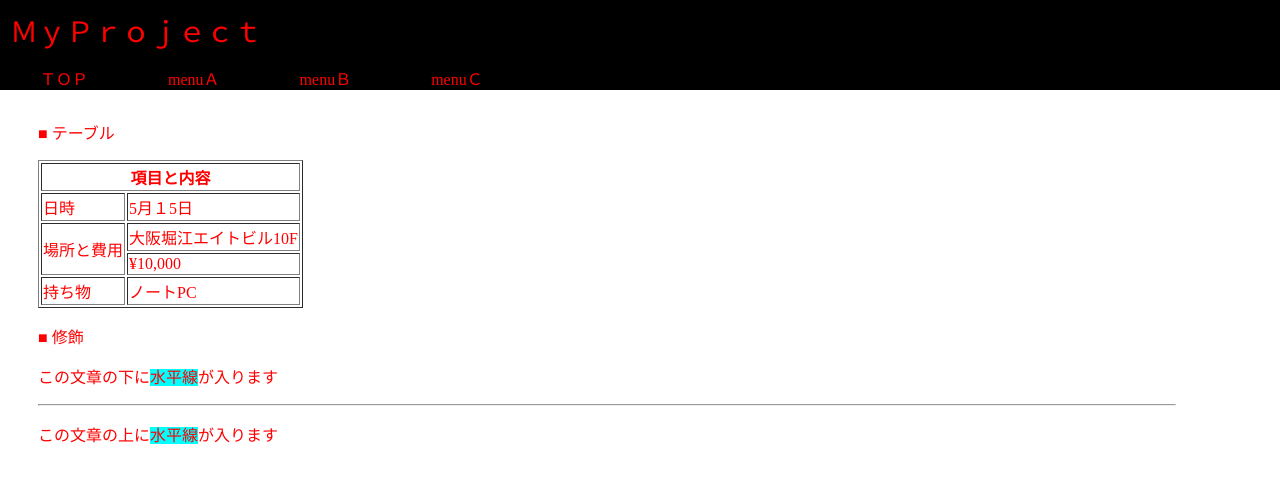
Repository: user10112018/test
Page: http://localhost/MyProject/
The author's editor kept a copy of each file at every save. The page is drawn from the files as they stood at one save, then again after the next save.
The browser window is 1280 px wide. The pictures show the whole page.
The page is served by Tomcat 9.

Above is the page before, as saved 2018-11-14 02:35:07.

After the next save:
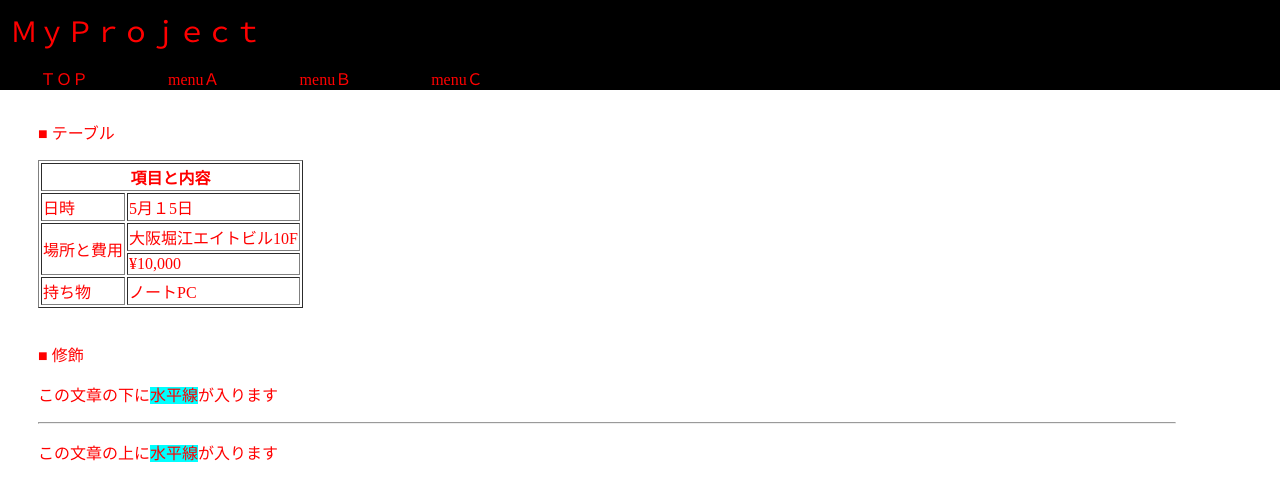
Saved 13 s later.
--- a/MyProject/WebContent/index.jsp
+++ b/MyProject/WebContent/index.jsp
@@ -52,9 +52,8 @@
      <tr><td>持ち物</td><td>ノートPC</td></tr>
 </table>
 
-<p></p>
-<p></p>
-<p></p>
+<br>
+
 <p>■ 修飾</p>
 <p>この文章の下に<span style="background:aqua;">水平線</span>が入ります</p>
 <!-- 水平線を入れたいときには<hr>タグ -->
